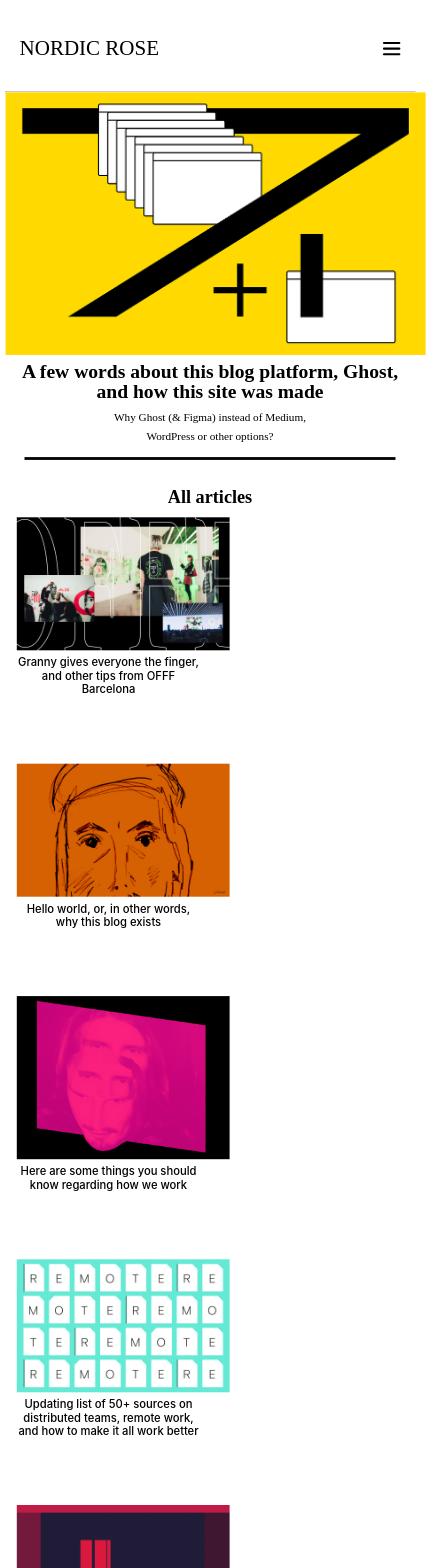
Repository: ThuTrang-jvb/JVB-BT1
Page: Page 2/listing.html
An editor plug-in stored every save of this project. The page is shown before and after a run of saves, followed by the edit.
The browser window is 600 px wide. The page is 624 px wide, so the pictures cover 624 px, including what lies to the right of the window. The pictures show the part of the page from y = 0 to 2240 px (the page is 3229 px tall before and 3281 px after), at 70% of full size.

Above is the page before, as saved 2025-06-26 15:16:05.

After the next 2 saves:
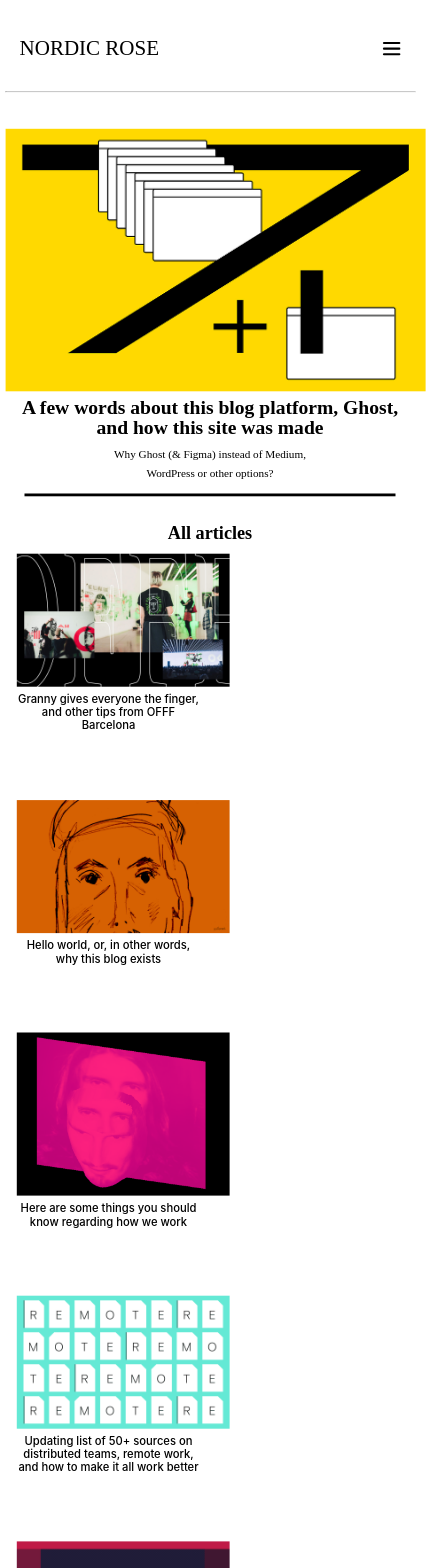
The 2 saves are shown as one change because they came seconds apart.
The last was saved 7 s later.
--- a/Page 2/styleListing.css
+++ b/Page 2/styleListing.css
@@ -203,7 +203,7 @@ hr {
     }
 
     .main {
-        padding:  0 0 0;
+        padding: 52px 0 0 0;
     }
 
     .title img {
